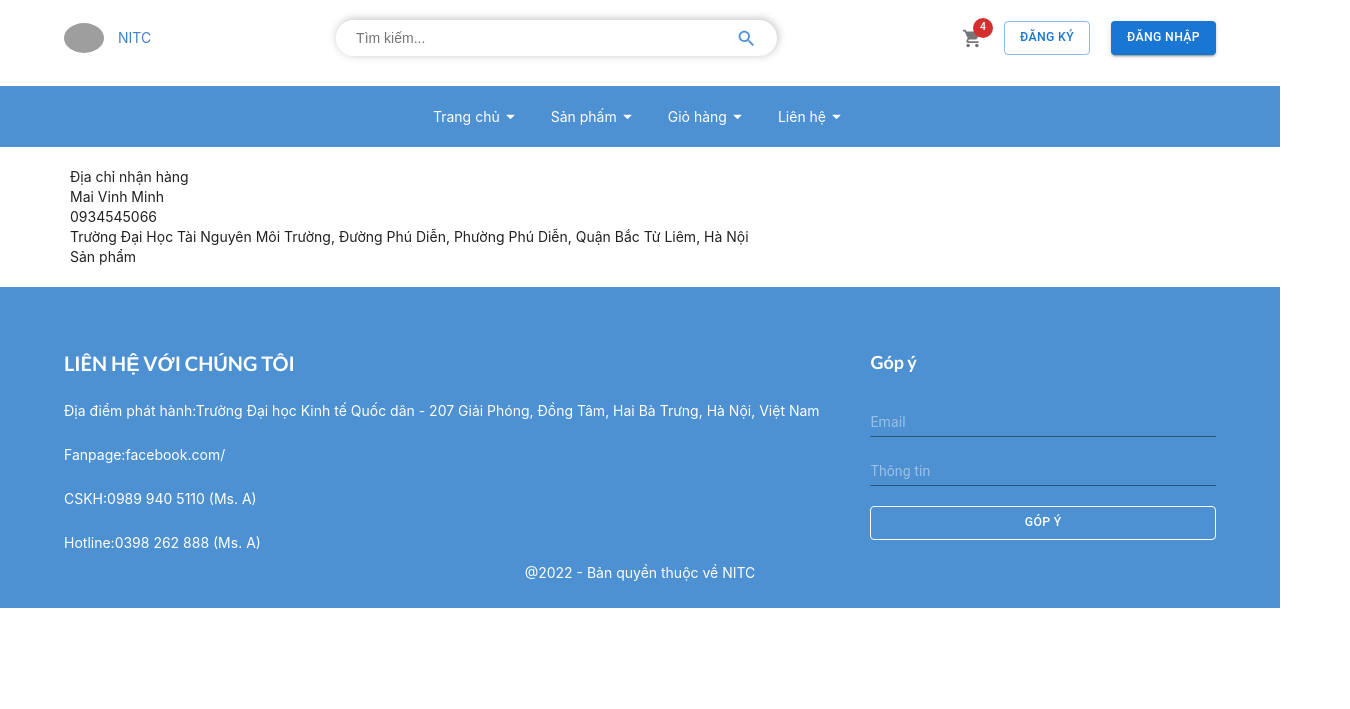
Repository: kohuyso/NEU-Market
Page: /payment (app in client/)
These files come from the project's save history. The page is drawn as it stood at one moment and after the next save; the edit follows.
The browser window is 1280 px wide. The page is 1350 px wide, so the pictures cover 1350 px, including what lies to the right of the window. The pictures show the whole page.
Pictures or frames that could not be fetched are drawn as grey boxes. The project was rebuilt for these pictures with package versions that can differ from the ones it lists, and the page was loaded fresh each time. Also part of the build but not shown: client/src/components/Cart/Cart.css, client/src/components/Cart/Items.jsx, client/src/components/Cart/Carts.jsx, client/src/components/Cart/Cart.js, client/src/components/Home/Home.css, client/src/components/Item/Item.css, client/src/components/Item/Item.jsx, client/src/components/Home/HotDeals.jsx and 70 more.

Above is the page before, as saved 2023-02-11 17:18:38.

After the next save:
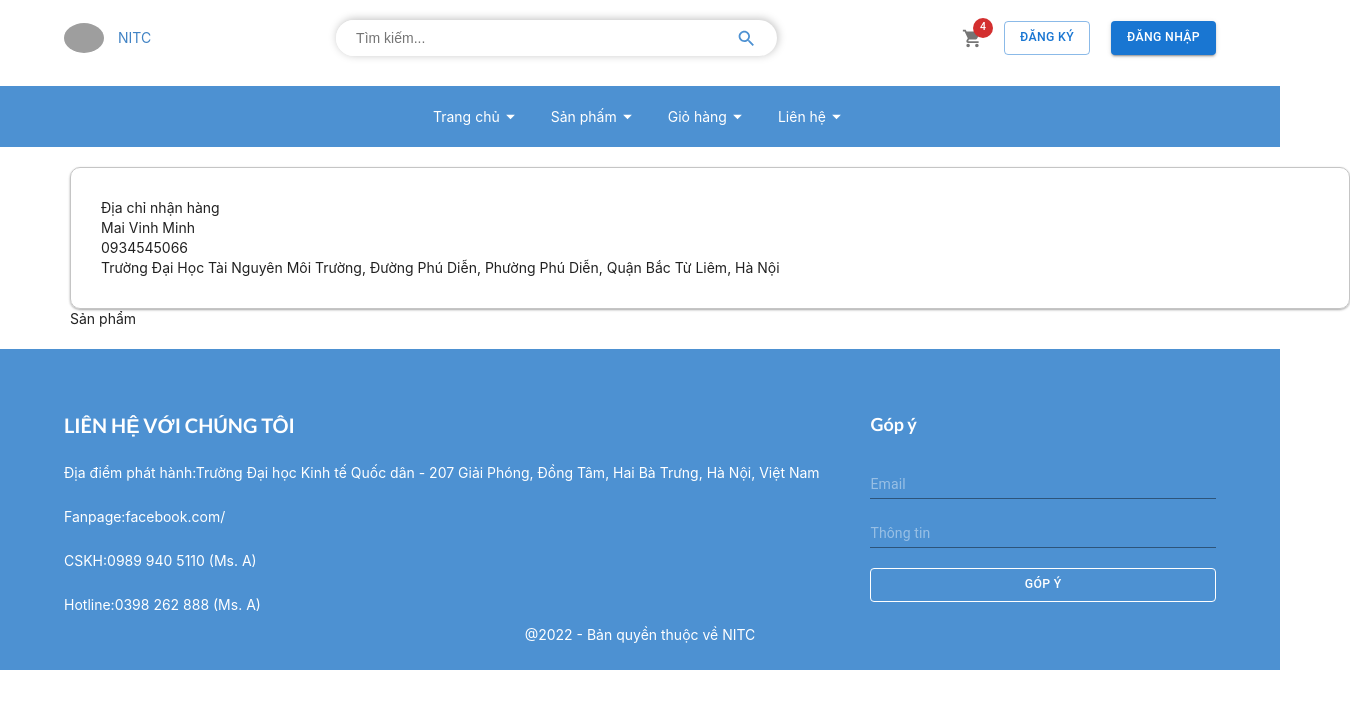
Saved 5 min 29 s later.
--- a/client/src/components/Payment/Payment.css
+++ b/client/src/components/Payment/Payment.css
@@ -9,3 +9,12 @@
     flex-direction: column;
     margin: 20px 70px;
 }
+.payment-container .payment-wrapper .address-item {
+    width: 100%;
+    display: flex;
+    flex-direction: column;
+    padding: 30px;
+    border: 1px solid #c5c5c5;
+    box-shadow: 0 1px 3px rgba(0,0,0,0.12), 0 1px 2px rgba(0,0,0,0.24);
+    border-radius: 10px;
+}
